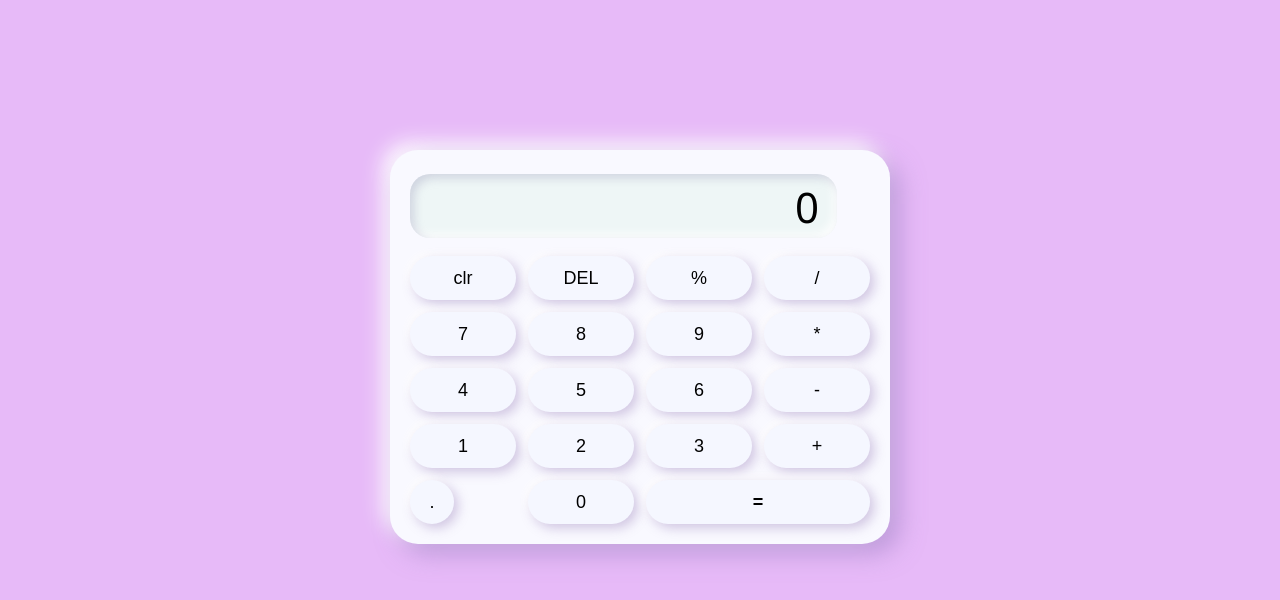
Repository: meti-guda/simple-calculator
Page: index.html
An editor plug-in stored every save of this project. The page is shown before and after the next save, followed by the edit.
The browser window is 1280 px wide. The pictures show the whole page.

Above is the page before, as saved 2025-12-11 12:39:46.

After the next save:
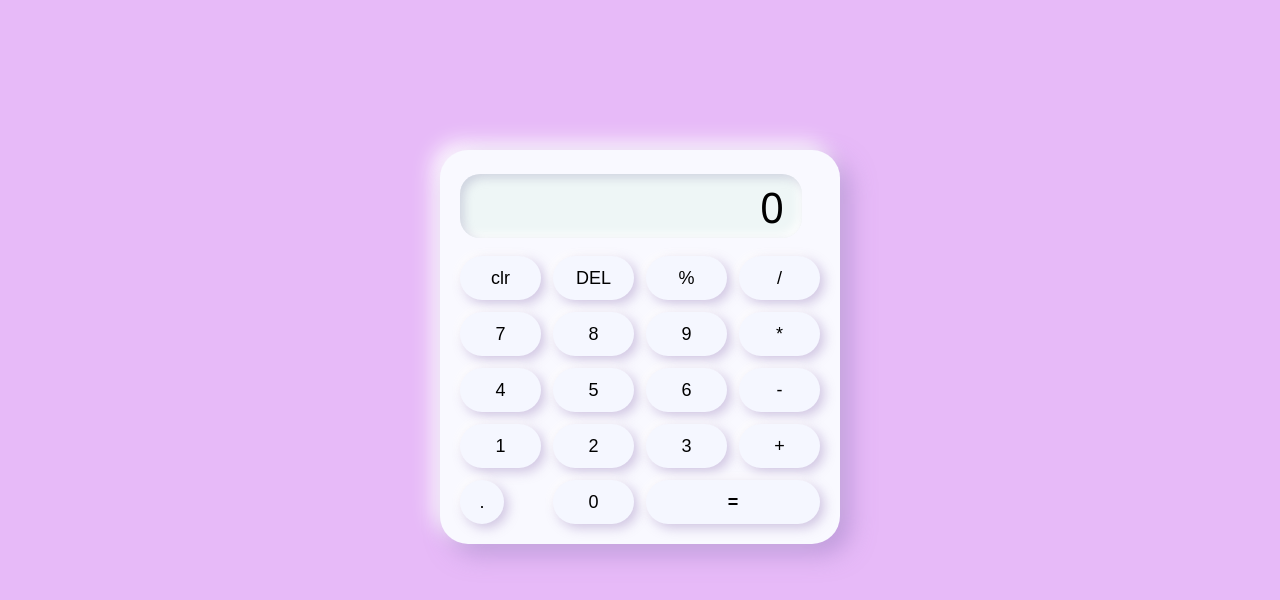
Saved 5 s later.
--- a/style.css
+++ b/style.css
@@ -14,7 +14,7 @@ body {
 }
 
 .calculator {
-  width: 460px;
+  width: 360px;
   padding: 24px 20px 20px;
   border-radius: 28px;
   background-color: #f9f9ff;
